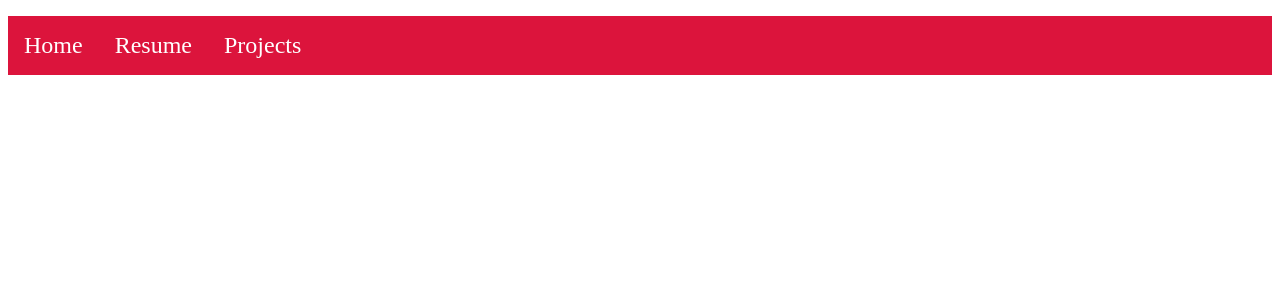
Repository: Zatarain10/Zatarain10.github.io
Page: index.html
The author's editor kept a record of every edit. The page is drawn from the files as they stood at one moment, then again after the next edit.
The browser window is 1280 px wide. The pictures show the whole page.

Above is the page before.

### index.html
<!DOCTYPE html>
<html>
    <head>
    <title>Home</title>
    <style>
        .navbar{
            list-style:none;
            background-color: Crimson;
            overflow:hidden;
            padding:0;
        }

        .navbar a, .dropdown div{
            text-decoration:none;
            color: white;
            font-size: 24px;
            padding: 16px;
            display:inline-block;
        }

        .navbar li{
            float:left;
        }

        .navbar li:hover{
            background-color:Cyan;
        }

        .dropdown-content{
            list-style:none;
            padding: 0;
            display:none;
            position:absolute;
            z-index:1;
            background-color: Crimson;
        }

        .dropdown-content li{
            float:none;
        }

        .dropdown:hover .dropdown-content{
            display:block;
        }
    </style>
    </head>
    <body>
        <ul class="navbar">
            <li><a href="./">Home</a></li>
            <li><a href="resume.html">Resume</a></li>
            <li class="dropdown">
                <div>Projects</div>
                <ul class="dropdown-content">
                    <li><a href="#">Project 1</a></li>
                    <li><a href="#">Project 2</a></li>
                    <li><a href="#">Project 3</a></li>
                </ul>
            </li>
        </ul>

    </body>
</html>

After the next edit:
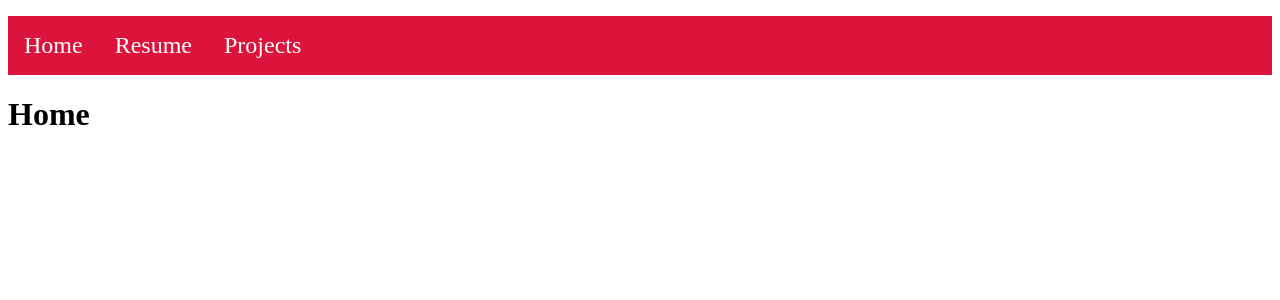
The edit:
--- a/index.html
+++ b/index.html
@@ -58,5 +58,7 @@
             </li>
         </ul>
 
+        <h1>Home</h1>
+
     </body>
 </html>
